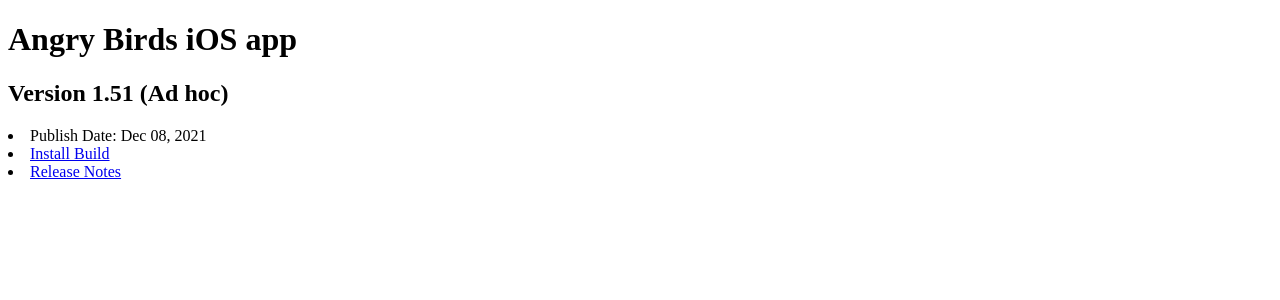
Repository: KhoKhoCrunch/KhoKhoCrunch.github.io
Page: rrplus/index.html
These files come from the project's save history. The page is drawn as it stood at one moment and after the next save; the edit follows.
The browser window is 1280 px wide. The pictures show the whole page.

Above is the page before, as saved 2021-12-08 21:22:26.

### rrplus/index.html
<!DOCTYPE HTML>
<html lang="en-US">
    <head>
      <meta charset="UTF-8">
      <title>Internal Ad hoc Builds</title>
    </head>
    <body>
      <h1>Angry Birds iOS app</h1>
      <h2>Version 1.51 (Ad hoc)</h2>
        <li>
          Publish Date: Dec 08, 2021
        </li>
        <li>
          <a href="itms-services://?action=download-manifest&url=https://KhoKhoCrunch.github.io/rrplus/manifest.plist">Install Build</a>
        </li>
        <li>
          <a href="https://github.com/razeware/emitron-iOS/releases/tag/v1.0.6">Release Notes</a>
        </li>
    </body>
</html>

After the next save:
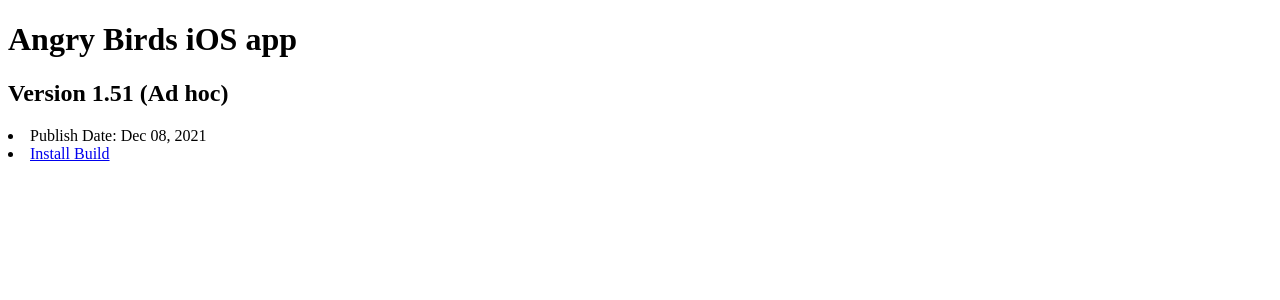
Saved 3 min 3 s later.
--- a/rrplus/index.html
+++ b/rrplus/index.html
@@ -13,8 +13,5 @@
         <li>
           <a href="itms-services://?action=download-manifest&url=https://KhoKhoCrunch.github.io/rrplus/manifest.plist">Install Build</a>
         </li>
-        <li>
-          <a href="https://github.com/razeware/emitron-iOS/releases/tag/v1.0.6">Release Notes</a>
-        </li>
     </body>
 </html>
